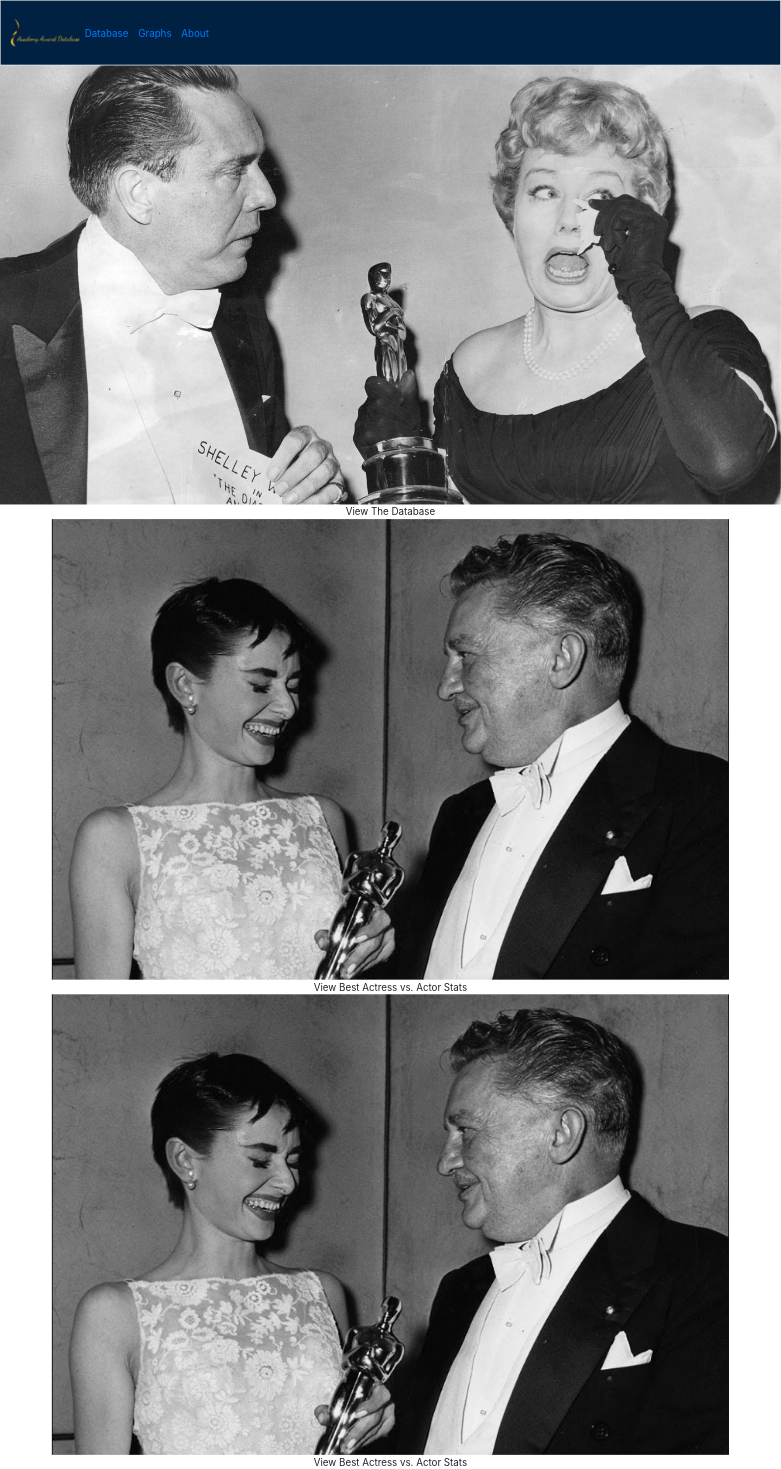
Repository: JackFino/Academy-Awards-Database
Page: html/index.html
The author's editor kept a record of every edit. The page is drawn from the files as they stood at one moment, then again after the next edit.
The browser window is 1280 px wide. The pictures show the whole page, at 61% of full size.

Above is the page before.

After the next edit:
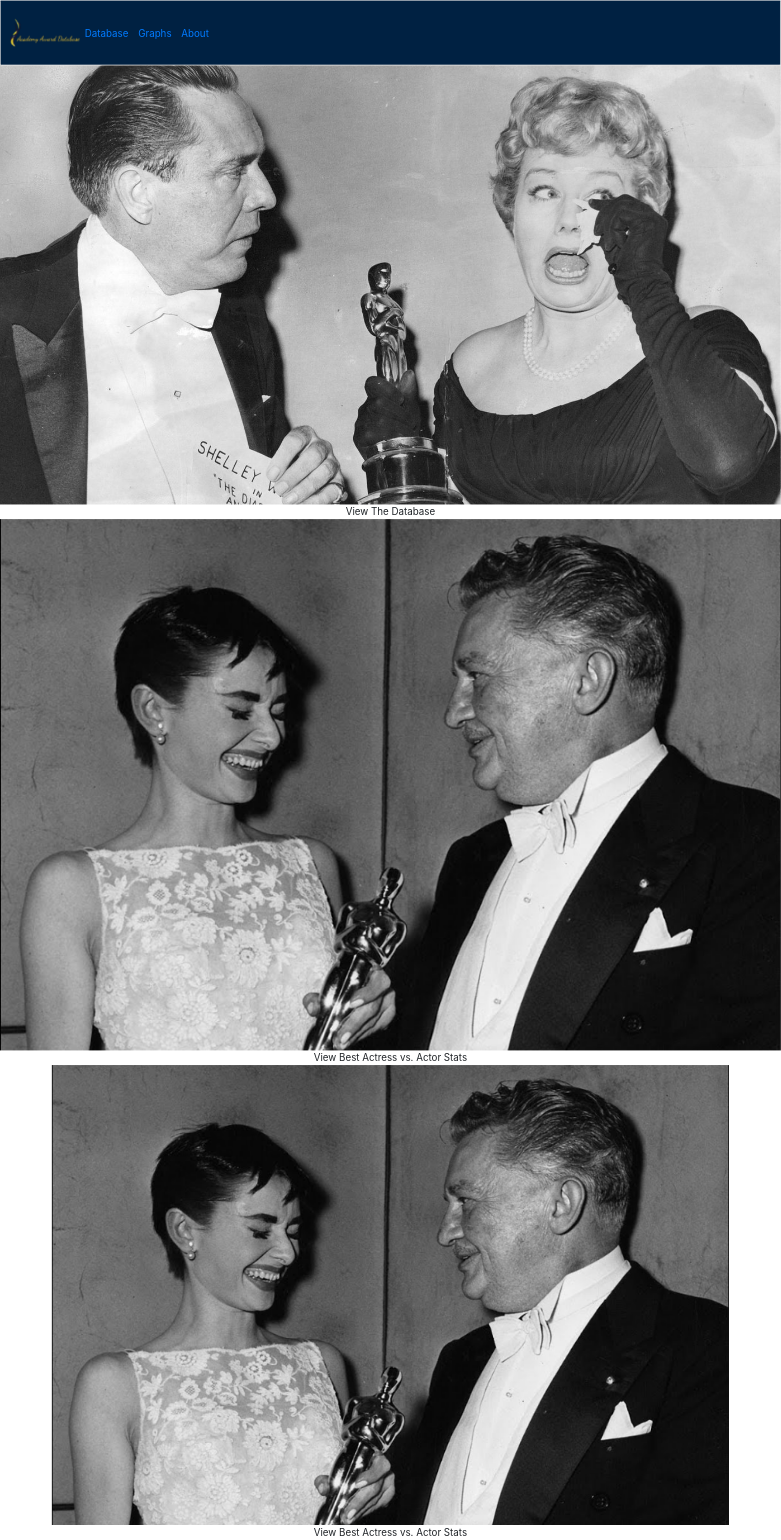
The edit:
--- a/html/index.html
+++ b/html/index.html
@@ -42,7 +42,7 @@
 
 
 
-    <div class="container">
+    <div class="graphs-container">
         <a="html/graphs.html"> <img src="../ahow.jpg" alt="View Best Actress vs. Actor Graphs" class="image" height="20%" width="100%">
             <div class="middle">
                 <div class="text">View Best Actress vs. Actor Stats</div>
